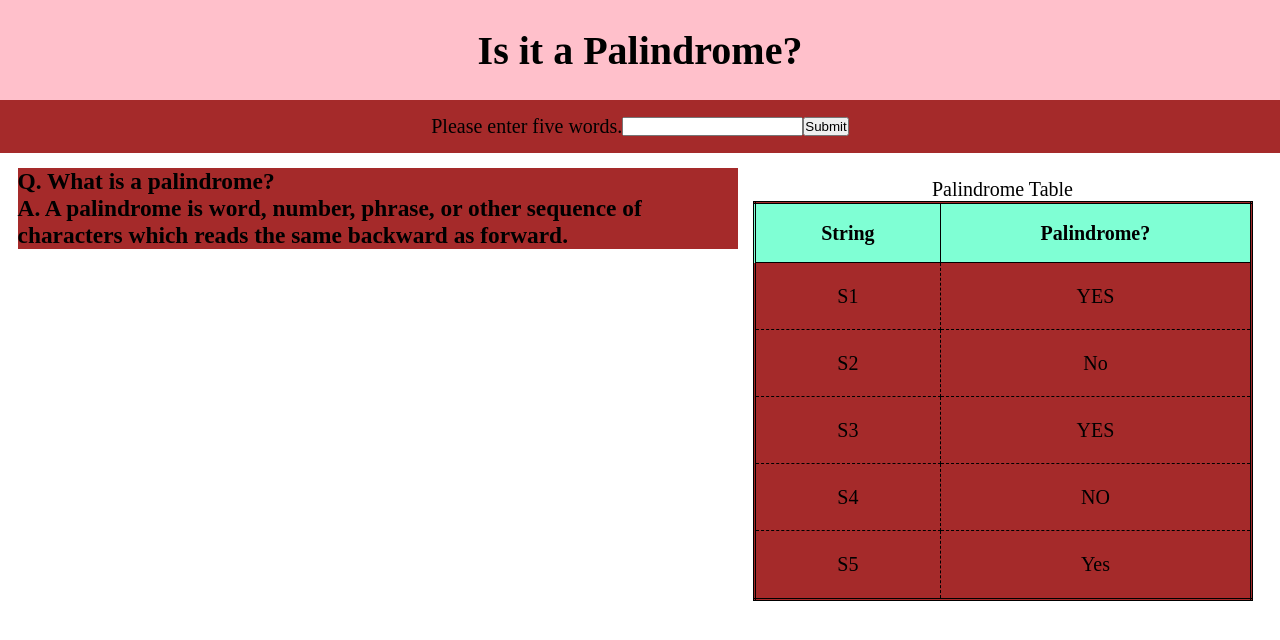
Repository: mlmEFSC21/P18-Palindrome-Table
Page: palindrome.html
The author's editor kept a copy of each file at every save. The page is drawn from the files as they stood at one save, then again after the next save.
The browser window is 1280 px wide. The pictures show the whole page.

Above is the page before, as saved 2022-04-03 18:07:48.

### palindrome.html
<!DOCTYPE html>
<html lang="en">
    <head>
        <meta charset="UTF-8" />
        <meta http-equiv="X-UA-Compatible" content="IE=edge" />
        <meta name="viewport" content="width=device-width, initial-scale=1.0" />
        <link rel="stylesheet" href="palindrome.css" />
        <script defer src="palindrome.js"></script>
        <title>Palindrome Table</title>
    </head>
    <body>
        <header class="mainHeader">
            <h1>Is it a Palindrome?</h1>
        </header>
        <div class="mainContent">
            <div class="formContainer" id="formContainer">
                <form class="palindromeForm" id="palindromeForm">
                    <label for="stringInput">Please enter five words.</label>
                    <input
                        type="text"
                        name="stringInput"
                        class="stringInput"
                        id="stringInput"
                        required
                    />
                    <button type="submit" class="submit-btn" id="submit-btn">Submit</button>
                </form>
            </div>
            <div class="tableContainer" id="tableContainer">
                <div class="definition">
                    <h3>Q. What is a palindrome?</h3>
                    <h3>
                        A. A palindrome is word, number, phrase, or other sequence of characters
                        which reads the same backward as forward.
                    </h3>
                </div>
                <table>
                    <caption>
                        Palindrome Table
                    </caption>
                    <thead>
                        <tr>
                            <th>String</th>
                            <th>Palindrome?</th>
                        </tr>
                    </thead>
                    <tbody>
                        <tr>
                            <td class="string">S1</td>
                            <td class="yes-no">YES</td>
                        </tr>
                        <tr>
                            <td class="string">S2</td>
                            <td class="yes-no">No</td>
                        </tr>
                        <tr>
                            <td class="string">S3</td>
                            <td class="yes-no">YES</td>
                        </tr>
                        <tr>
                            <td class="string">S4</td>
                            <td class="yes-no">NO</td>
                        </tr>
                        <tr>
                            <td class="string">S5</td>
                            <td class="yes-no">Yes</td>
                        </tr>
                    </tbody>
                </table>
            </div>
        </div>
    </body>
</html>

### palindrome.css
*,
*::after,
*::before {
    box-sizing: border-box;
    margin: 0;
    padding: 0;
}
body {
    font-size: 1.25rem;
}
header {
    display: flex;
    background-color: pink;
    align-items: center;
    justify-content: center;
    height: 100px;
}
.mainContent {
    display: flex;
    flex-wrap: wrap;
}
.formContainer {
    background-color: brown;
    width: 100vw;
    margin: 10px, auto;
    padding: 15px;
}
form {
    display: flex;
    justify-content: center;
    align-items: center;
}
.tableContainer {
    display: flex;
    justify-content: space-around;
    align-items: space-around;
    padding: 15px;
}
.definition {
    background-color: brown;
    justify-self: flex-start;
    align-self: flex-start;
    flex-wrap: wrap;
    flex-basis: 720px;
}
table {
    background-color: brown;
    border-collapse: collapse;
    border: 3px double black;
    margin: 10px;
    padding: 10px;
    width: 500px;
    height: 400px;
    text-align: center;
}
th {
    background-color: aquamarine;
    height: 60px;
    border: 1px solid black;
    padding: 15px;
}
tr,
td {
    height: 30px;
    border: 1px dashed black;
    padding: 10px;
}

Loaded but not shown: palindrome.js (no stored copy; drawn as an empty file)

After the next save:
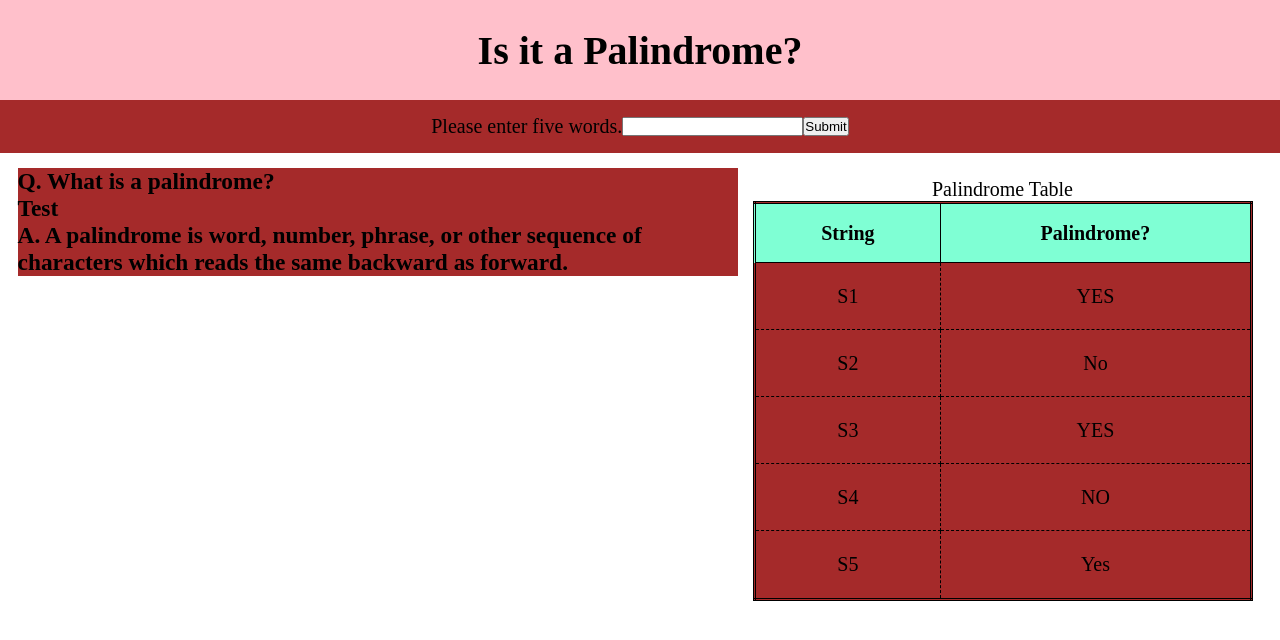
Saved 43 s later.
--- a/palindrome.html
+++ b/palindrome.html
@@ -28,7 +28,10 @@
             </div>
             <div class="tableContainer" id="tableContainer">
                 <div class="definition">
-                    <h3>Q. What is a palindrome?</h3>
+                    <h3>
+                        Q. What is a palindrome?
+                        <p>Test</p>
+                    </h3>
                     <h3>
                         A. A palindrome is word, number, phrase, or other sequence of characters
                         which reads the same backward as forward.
